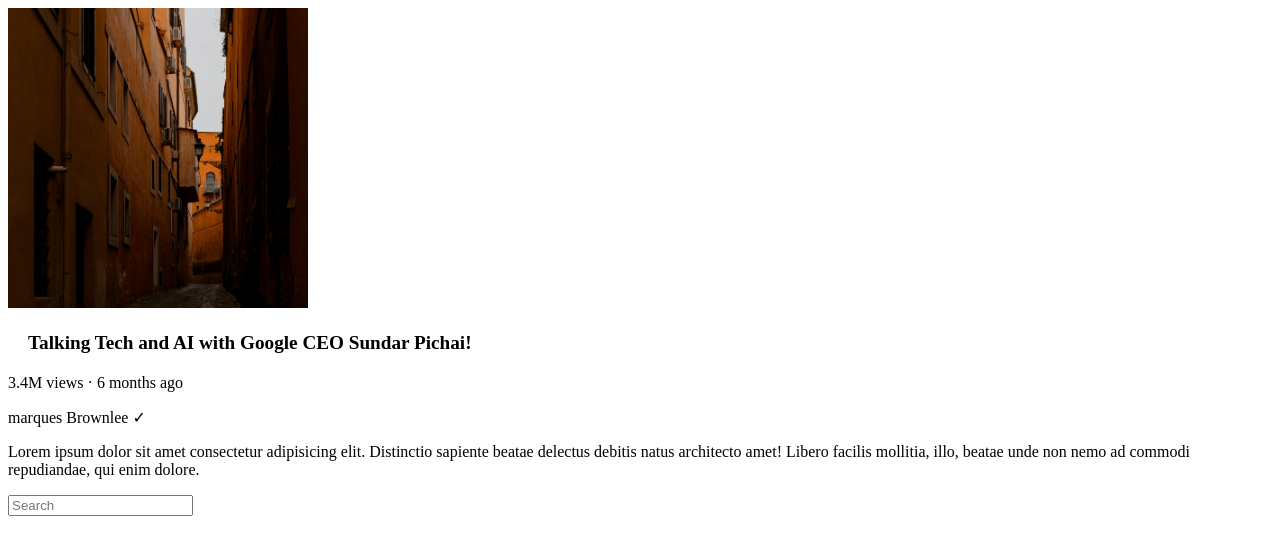
Repository: Yeyolive/WebDev_Collab_2025
Page: Basic_Projects/HTML-CSS course/youtube/youtube.html
The author's editor kept a copy of each file at every save. The page is drawn from the files as they stood at one save, then again after the next save.
The browser window is 1280 px wide. The pictures show the whole page.

Above is the page before, as saved 2025-11-23 22:43:31.

After the next save:
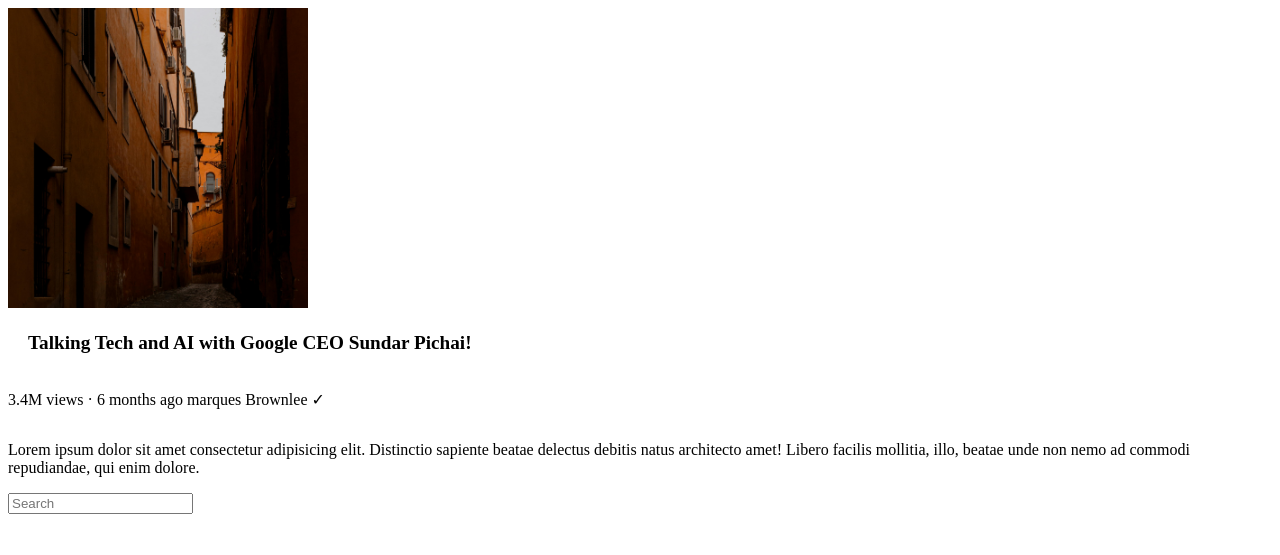
Saved 2 min 57 s later.
--- a/Basic_Projects/HTML-CSS course/youtube/youtube.css
+++ b/Basic_Projects/HTML-CSS course/youtube/youtube.css
@@ -10,5 +10,11 @@
   font-weight: bold;
   margin: 20px;
 }
+
+.video-author,
+.video-stats {
+  display: inline-block;
+}
+
 .search-bar {
 }

After the save that followed:
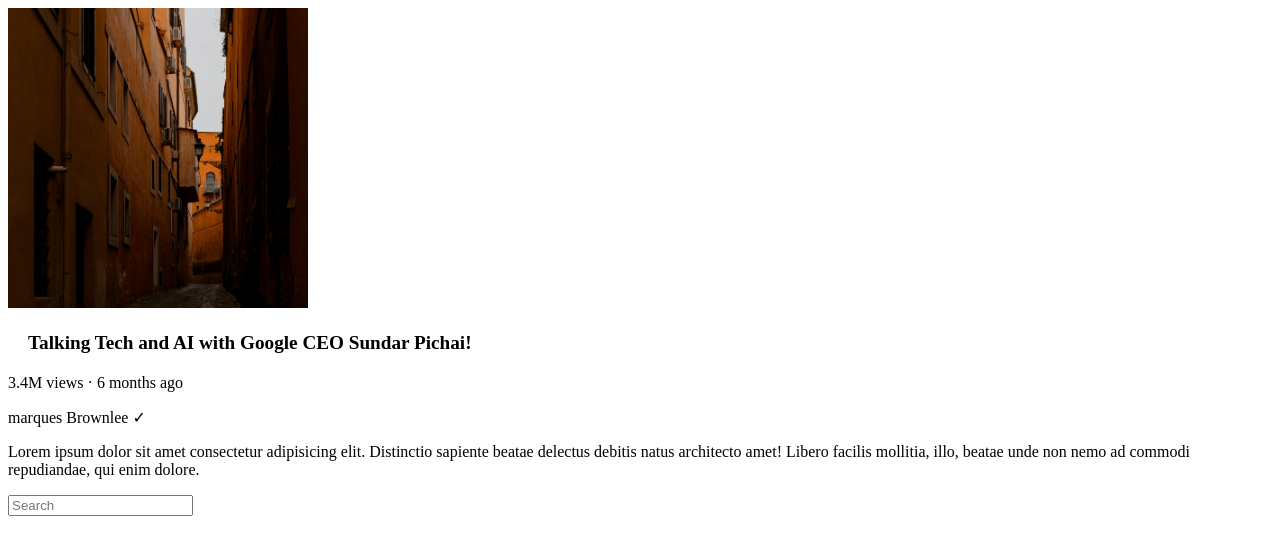
Saved 24 s later.
--- a/Basic_Projects/HTML-CSS course/youtube/youtube.css
+++ b/Basic_Projects/HTML-CSS course/youtube/youtube.css
@@ -13,7 +13,6 @@
 
 .video-author,
 .video-stats {
-  display: inline-block;
 }
 
 .search-bar {
